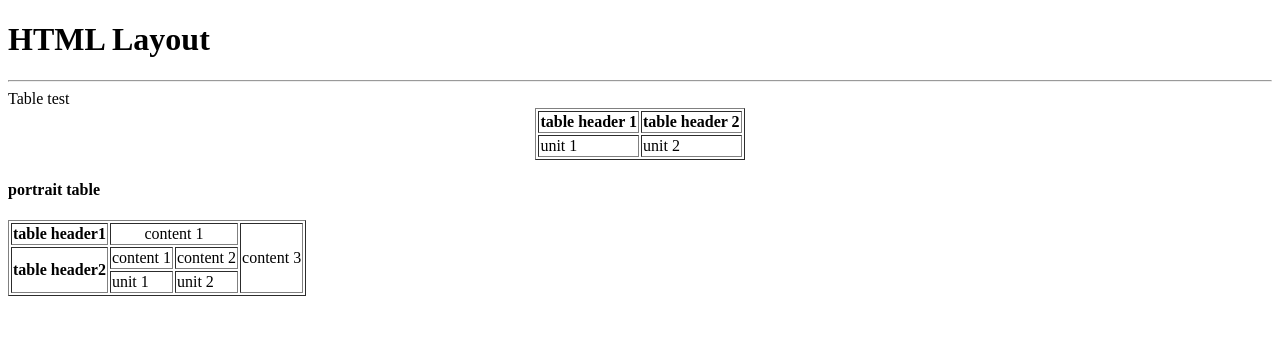
Repository: libelosophy/anjoyo
Page: workspace/QTalk/WebContent/html/table.html
The author's editor kept a copy of each file at every save. The page is drawn from the files as they stood at one save, then again after the next save.
The browser window is 1280 px wide. The pictures show the whole page.

Above is the page before, as saved 2013-09-09 11:37:02.

### workspace/QTalk/WebContent/html/table.html
<!DOCTYPE html>
<html>
<head>
<title>HTML Layout</title>
<meta name="author" content="jh">

</head>

<h1> HTML Layout </h1>
<body>
<hr />


	<table border="1" align="center"> Table test
		<tr>
			<th>table header 1</th>
			<th>table header 2</th>
		</tr>
		<tr>
			<td>unit 1</td>
			<td>unit 2</td>
		</tr>
	</table>

	<h4> portrait table </h4>
	<table border="1">
		<tr>
			<th> table header1</th>
			<td colspan="2" align="center"> content 1</td>
			<td rowspan ="3"> content 3</td>
		</tr>

		<tr>
			<th rowspan="2"> table header2</th>
			<td> content 1</td>
			<td> content 2</td>

		</tr>
		<tr>
			<td> unit 1 </td>
			<td> unit 2 </td>
		</tr>

	</table>


</body>
</html>

After the next save:
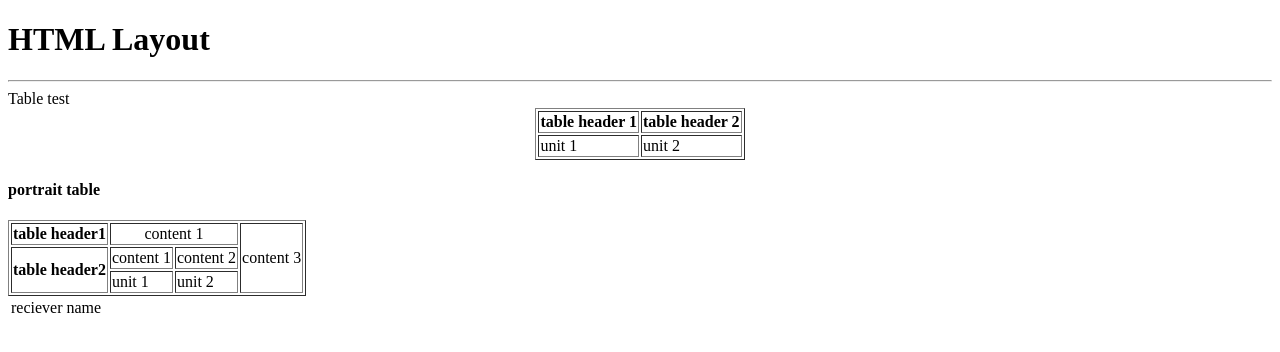
Saved 5 min 16 s later.
--- a/workspace/QTalk/WebContent/html/table.html
+++ b/workspace/QTalk/WebContent/html/table.html
@@ -43,6 +43,16 @@
 
 	</table>
 
+	<form action="提交到服务器的哪个页面" method="POST|GET">
+		<table>
+			<tr>
+				<td> reciever name</td>
+				<td> </td>
+			</tr>
+
+		</table>
+	</form>
+
 
 </body>
 </html>
